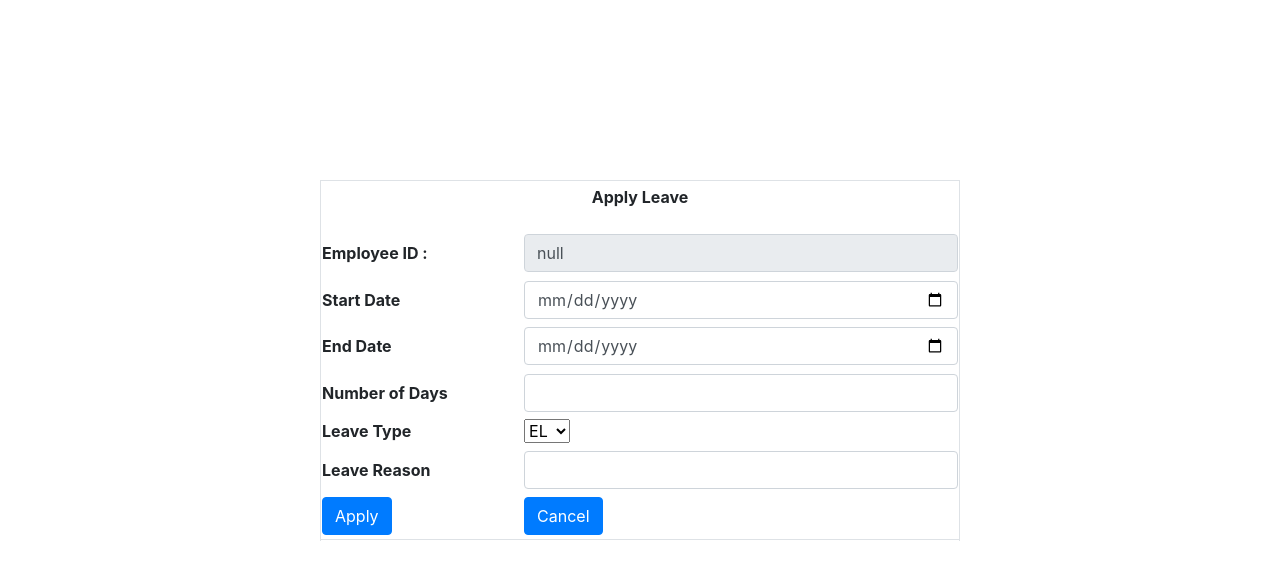
Repository: rkmr039/EMS_PROJECT
Page: http://localhost/EMS/ApplyLeaves.jsp
An editor plug-in stored every save of this project. The page is shown before and after the next save, followed by the edit.
The browser window is 1280 px wide. The pictures show the whole page.
The page is served by Tomcat 9.

Above is the page before, as saved 2019-08-30 11:21:29.
Console error: TypeError: Cannot read properties of undefined (reading 'fn')

After the next save:
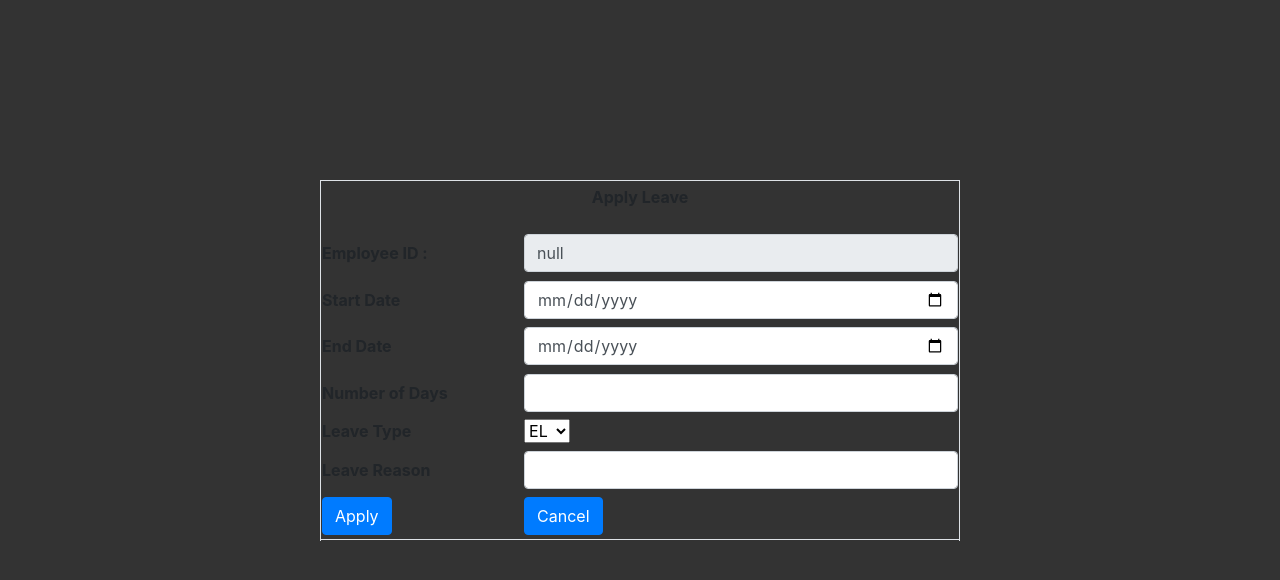
Saved 7 s later.
--- a/EMS/WebContent/ApplyLeaves.jsp
+++ b/EMS/WebContent/ApplyLeaves.jsp
@@ -26,6 +26,9 @@ function setNoDays(e){
 }
 </script>
 <style>
+body {
+    background:#333;
+}
 #mainDiv{
 	top:0;
 	bottom:0;
